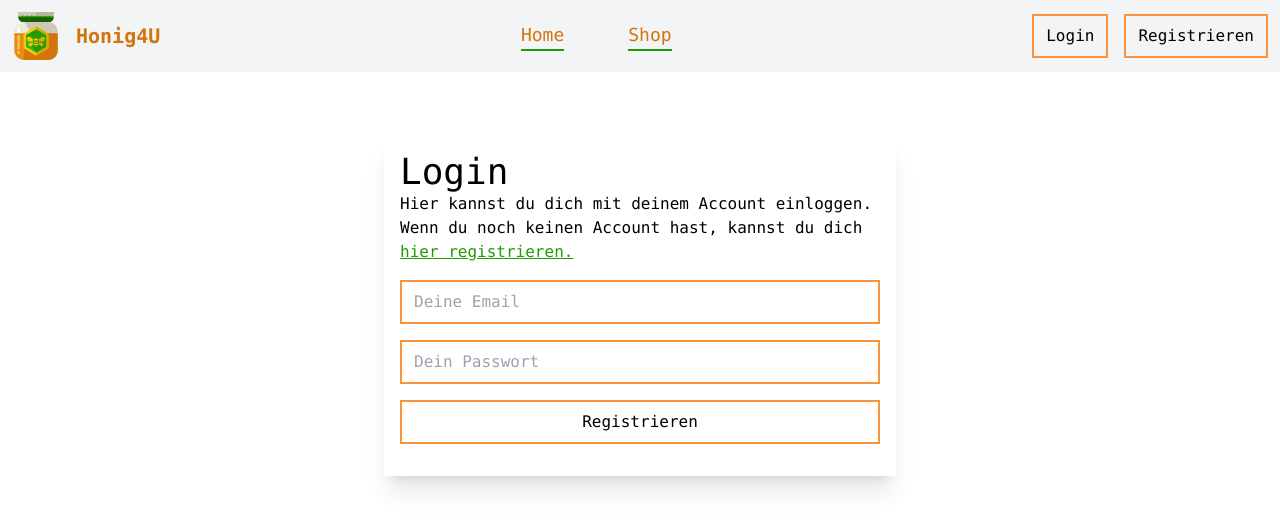
Repository: cainytheslave/PHPHonigShop
Page: http://localhost/login.php
An editor plug-in stored every save of this project. The page is shown before and after the next save, followed by the edit.
The browser window is 1280 px wide. The pictures show the whole page.
The page is run by PHP 8.4 with error messages shown; the project is at /var/www/html/. Style sheets and scripts are compiled from the project's sources, by tool versions that may differ from the author's.

Above is the page before, as saved 2022-03-11 01:50:15.

After the next save:
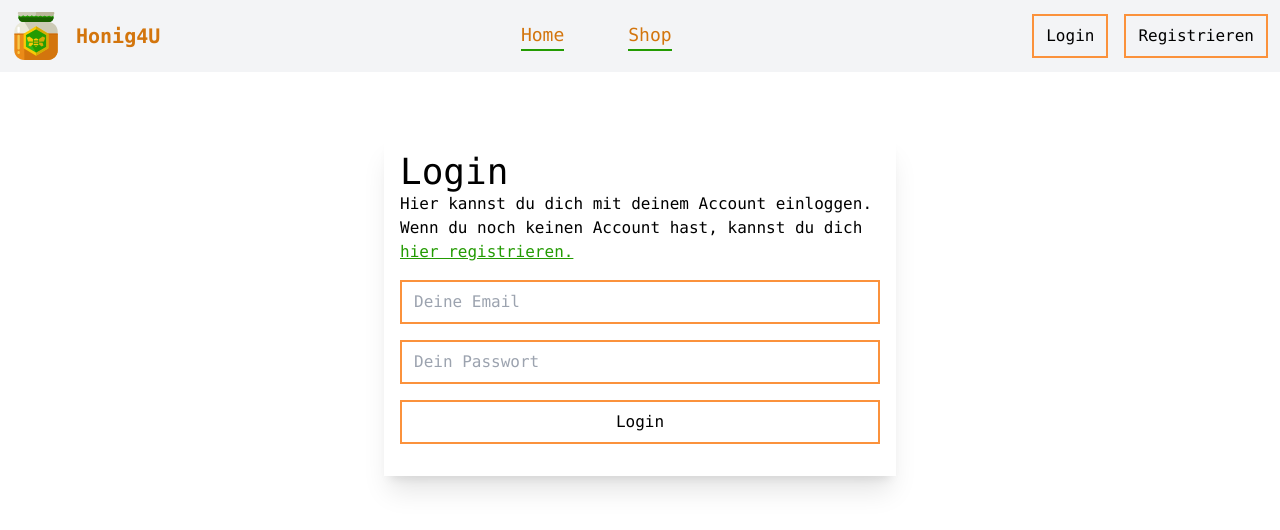
Saved 7 s later.
--- a/login.php
+++ b/login.php
@@ -86,7 +86,7 @@ if (isset($_POST['login'])) {
             <form class="flex flex-col gap-4 py-4" method="POST" action="">
                 <?= Komponente::input('email', 'Deine Email', 'email') ?>
                 <?= Komponente::input('password', 'Dein Passwort', 'password') ?>
-                <?= Komponente::button('Registrieren', 'register') ?>
+                <?= Komponente::button('Login', 'login') ?>
             </form>
         </section>
     </main>
